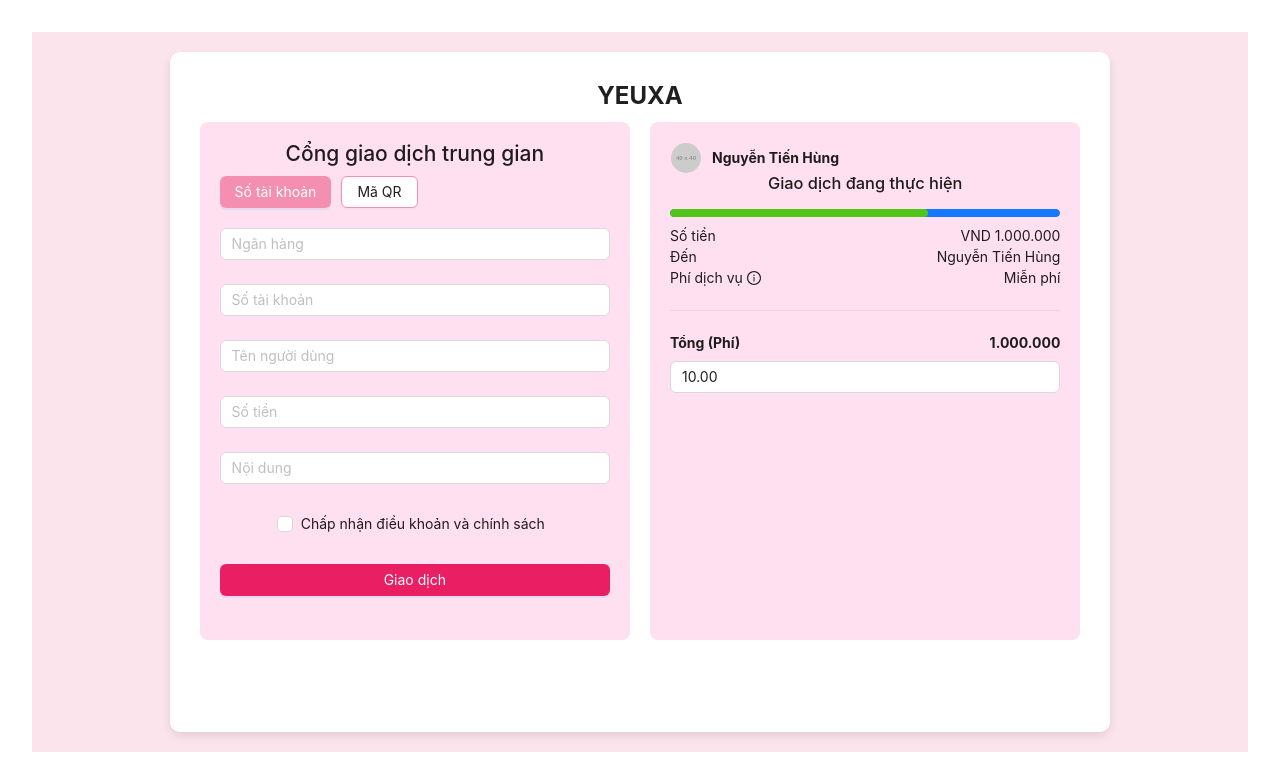
Repository: kieuduc123/YEUXA
Page: /
The author's editor kept a copy of each file at every save. The page is drawn from the files as they stood at one save, then again after the next save.
The browser window is 1280 px wide. The pictures show the whole page.
The project was rebuilt for these pictures with package versions that can differ from the ones it lists, and the page was loaded fresh each time. Also part of the build but not shown: vite.config.ts.

Above is the page before, as saved 2025-03-26 08:56:06.

After the next save:
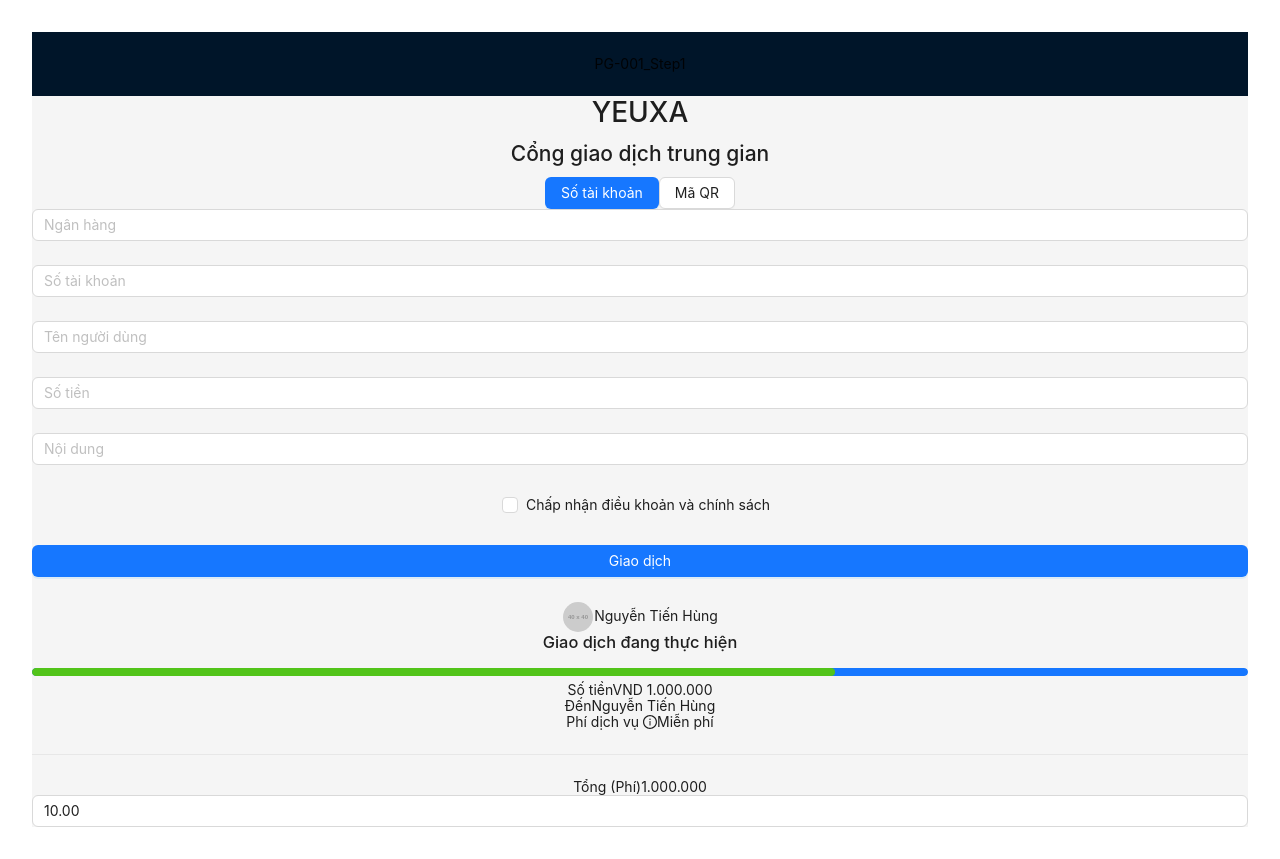
Saved 50 s later.
--- a/src/App.tsx
+++ b/src/App.tsx
@@ -1,91 +1,81 @@
-import React from 'react';
-import {
-  Layout,
-  Form,
-  Input,
-  Button,
-  Checkbox,
-  Divider,
-  Progress,
-  Avatar,
-} from 'antd';
-import { InfoCircleOutlined } from '@ant-design/icons';
-import 'antd/dist/reset.css';
+import React from "react";
+import { Layout, Form, Input, Button, Checkbox, Divider, Progress, Avatar } from "antd";
+import { InfoCircleOutlined } from "@ant-design/icons";
+import "antd/dist/reset.css";
 
-const { Content } = Layout;
+const { Header, Content } = Layout;
 
-const App = () => {
+const App: React.FC = () => {
   return (
-    <Layout className="layout">
+    <Layout className="min-h-screen bg-gray-100">
       {/* Header */}
+      <Header className="bg-white text-gray-400 text-center font-bold py-4">
+        PG-001_Step1
+      </Header>
 
       {/* Content */}
-      <Content className="content">
-        <div className="container">
-          <h1 className="title">YEUXA</h1>
+      <Content className="flex justify-center p-6">
+        <div className="w-full max-w-4xl bg-pink-100 p-8 rounded-lg shadow-lg">
+          <h1 className="text-4xl font-bold text-center mb-6">YEUXA</h1>
 
-          {/* Giao diện giao dịch */}
-          <div className="transaction-container">
-            {/* Form nhập thông tin giao dịch */}
-            <div className="form-section">
-              <h2 className="form-title">Cổng giao dịch trung gian</h2>
-              <div className="button-group">
-                <Button type="primary" className="account-button">
+          <div className="flex flex-col md:flex-row gap-6">
+            {/* Form giao dịch */}
+            <div className="flex-1 p-6 bg-white rounded-lg shadow">
+              <h2 className="text-2xl font-bold mb-4">Cổng giao dịch trung gian</h2>
+              <div className="flex mb-4">
+                <Button type="primary" className="mr-2">
                   Số tài khoản
                 </Button>
-                <Button className="qr-button">Mã QR</Button>
+                <Button>Mã QR</Button>
               </div>
+
               <Form layout="vertical">
-                <Form.Item>
+                <Form.Item name="bank">
                   <Input placeholder="Ngân hàng" />
                 </Form.Item>
-                <Form.Item>
+                <Form.Item name="account">
                   <Input placeholder="Số tài khoản" />
                 </Form.Item>
-                <Form.Item>
+                <Form.Item name="username">
                   <Input placeholder="Tên người dùng" />
                 </Form.Item>
-                <Form.Item>
+                <Form.Item name="amount">
                   <Input placeholder="Số tiền" />
                 </Form.Item>
-                <Form.Item>
+                <Form.Item name="note">
                   <Input placeholder="Nội dung" />
                 </Form.Item>
-                <Form.Item>
+                <Form.Item name="agree" valuePropName="checked">
                   <Checkbox>Chấp nhận điều khoản và chính sách</Checkbox>
                 </Form.Item>
                 <Form.Item>
-                  <Button type="primary" block className="submit-button">
+                  <Button type="primary" block>
                     Giao dịch
                   </Button>
                 </Form.Item>
               </Form>
             </div>
 
-            {/* Hiển thị thông tin giao dịch */}
-            <div className="transaction-section">
-              <div className="transaction-header">
+            {/* Thông tin giao dịch */}
+            <div className="flex-1 p-6 bg-pink-100 rounded-lg shadow">
+              <div className="flex items-center mb-4">
                 <Avatar src="https://placehold.co/40x40" />
-                <span>Nguyễn Tiến Hùng</span>
+                <span className="ml-2">Nguyễn Tiến Hùng</span>
               </div>
-              <h3 className="transaction-title">Giao dịch đang thực hiện</h3>
-              <Progress
-                percent={100}
-                success={{ percent: 66 }}
-                showInfo={false}
-              />
+              <h3 className="text-xl font-bold mb-4">Giao dịch đang thực hiện</h3>
 
-              {/* Chi tiết giao dịch */}
-              <div className="transaction-info">
-                <div className="info-row">
+              <Progress percent={100} success={{ percent: 66 }} showInfo={false} />
+
+              <div className="mt-4">
+                <div className="flex justify-between mb-2">
                   <span>Số tiền</span>
                   <span>VND 1.000.000</span>
                 </div>
-                <div className="info-row">
+                <div className="flex justify-between mb-2">
                   <span>Đến</span>
                   <span>Nguyễn Tiến Hùng</span>
                 </div>
-                <div className="info-row">
+                <div className="flex justify-between mb-2">
                   <span>
                     Phí dịch vụ <InfoCircleOutlined />
                   </span>
@@ -95,14 +85,12 @@
 
               <Divider />
 
-              {/* Tổng tiền */}
-              <div className="total-row">
-                <span className="total-label">Tổng (Phí)</span>
-                <span className="total-amount">1.000.000</span>
+              <div className="flex justify-between font-bold">
+                <span>Tổng (Phí)</span>
+                <span>1.000.000</span>
               </div>
 
-              {/* Input giá trị giao dịch */}
-              <Input value="10.00" className="amount-input" />
+              <Input value="10.00" className="mt-4" />
             </div>
           </div>
         </div>

After the save that followed:
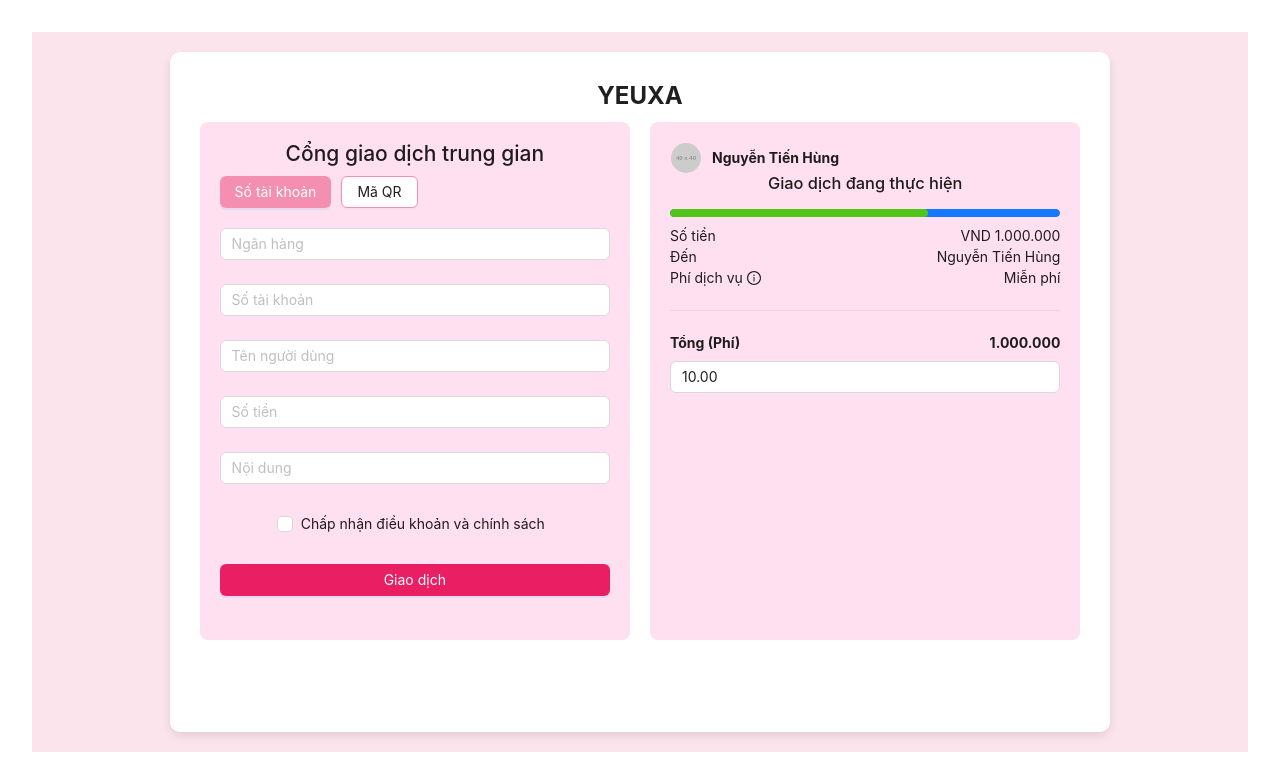
Saved 14 s later.
--- a/src/App.tsx
+++ b/src/App.tsx
@@ -1,81 +1,91 @@
-import React from "react";
-import { Layout, Form, Input, Button, Checkbox, Divider, Progress, Avatar } from "antd";
-import { InfoCircleOutlined } from "@ant-design/icons";
-import "antd/dist/reset.css";
+import React from 'react';
+import {
+  Layout,
+  Form,
+  Input,
+  Button,
+  Checkbox,
+  Divider,
+  Progress,
+  Avatar,
+} from 'antd';
+import { InfoCircleOutlined } from '@ant-design/icons';
+import 'antd/dist/reset.css';
 
-const { Header, Content } = Layout;
+const { Content } = Layout;
 
-const App: React.FC = () => {
+const App = () => {
   return (
-    <Layout className="min-h-screen bg-gray-100">
+    <Layout className="layout">
       {/* Header */}
-      <Header className="bg-white text-gray-400 text-center font-bold py-4">
-        PG-001_Step1
-      </Header>
 
       {/* Content */}
-      <Content className="flex justify-center p-6">
-        <div className="w-full max-w-4xl bg-pink-100 p-8 rounded-lg shadow-lg">
-          <h1 className="text-4xl font-bold text-center mb-6">YEUXA</h1>
+      <Content className="content">
+        <div className="container">
+          <h1 className="title">YEUXA</h1>
 
-          <div className="flex flex-col md:flex-row gap-6">
-            {/* Form giao dịch */}
-            <div className="flex-1 p-6 bg-white rounded-lg shadow">
-              <h2 className="text-2xl font-bold mb-4">Cổng giao dịch trung gian</h2>
-              <div className="flex mb-4">
-                <Button type="primary" className="mr-2">
+          {/* Giao diện giao dịch */}
+          <div className="transaction-container">
+            {/* Form nhập thông tin giao dịch */}
+            <div className="form-section">
+              <h2 className="form-title">Cổng giao dịch trung gian</h2>
+              <div className="button-group">
+                <Button type="primary" className="account-button">
                   Số tài khoản
                 </Button>
-                <Button>Mã QR</Button>
+                <Button className="qr-button">Mã QR</Button>
               </div>
-
               <Form layout="vertical">
-                <Form.Item name="bank">
+                <Form.Item>
                   <Input placeholder="Ngân hàng" />
                 </Form.Item>
-                <Form.Item name="account">
+                <Form.Item>
                   <Input placeholder="Số tài khoản" />
                 </Form.Item>
-                <Form.Item name="username">
+                <Form.Item>
                   <Input placeholder="Tên người dùng" />
                 </Form.Item>
-                <Form.Item name="amount">
+                <Form.Item>
                   <Input placeholder="Số tiền" />
                 </Form.Item>
-                <Form.Item name="note">
+                <Form.Item>
                   <Input placeholder="Nội dung" />
                 </Form.Item>
-                <Form.Item name="agree" valuePropName="checked">
+                <Form.Item>
                   <Checkbox>Chấp nhận điều khoản và chính sách</Checkbox>
                 </Form.Item>
                 <Form.Item>
-                  <Button type="primary" block>
+                  <Button type="primary" block className="submit-button">
                     Giao dịch
                   </Button>
                 </Form.Item>
               </Form>
             </div>
 
-            {/* Thông tin giao dịch */}
-            <div className="flex-1 p-6 bg-pink-100 rounded-lg shadow">
-              <div className="flex items-center mb-4">
+            {/* Hiển thị thông tin giao dịch */}
+            <div className="transaction-section">
+              <div className="transaction-header">
                 <Avatar src="https://placehold.co/40x40" />
-                <span className="ml-2">Nguyễn Tiến Hùng</span>
+                <span>Nguyễn Tiến Hùng</span>
               </div>
-              <h3 className="text-xl font-bold mb-4">Giao dịch đang thực hiện</h3>
+              <h3 className="transaction-title">Giao dịch đang thực hiện</h3>
+              <Progress
+                percent={100}
+                success={{ percent: 66 }}
+                showInfo={false}
+              />
 
-              <Progress percent={100} success={{ percent: 66 }} showInfo={false} />
-
-              <div className="mt-4">
-                <div className="flex justify-between mb-2">
+              {/* Chi tiết giao dịch */}
+              <div className="transaction-info">
+                <div className="info-row">
                   <span>Số tiền</span>
                   <span>VND 1.000.000</span>
                 </div>
-                <div className="flex justify-between mb-2">
+                <div className="info-row">
                   <span>Đến</span>
                   <span>Nguyễn Tiến Hùng</span>
                 </div>
-                <div className="flex justify-between mb-2">
+                <div className="info-row">
                   <span>
                     Phí dịch vụ <InfoCircleOutlined />
                   </span>
@@ -85,12 +95,14 @@
 
               <Divider />
 
-              <div className="flex justify-between font-bold">
-                <span>Tổng (Phí)</span>
-                <span>1.000.000</span>
+              {/* Tổng tiền */}
+              <div className="total-row">
+                <span className="total-label">Tổng (Phí)</span>
+                <span className="total-amount">1.000.000</span>
               </div>
 
-              <Input value="10.00" className="mt-4" />
+              {/* Input giá trị giao dịch */}
+              <Input value="10.00" className="amount-input" />
             </div>
           </div>
         </div>
